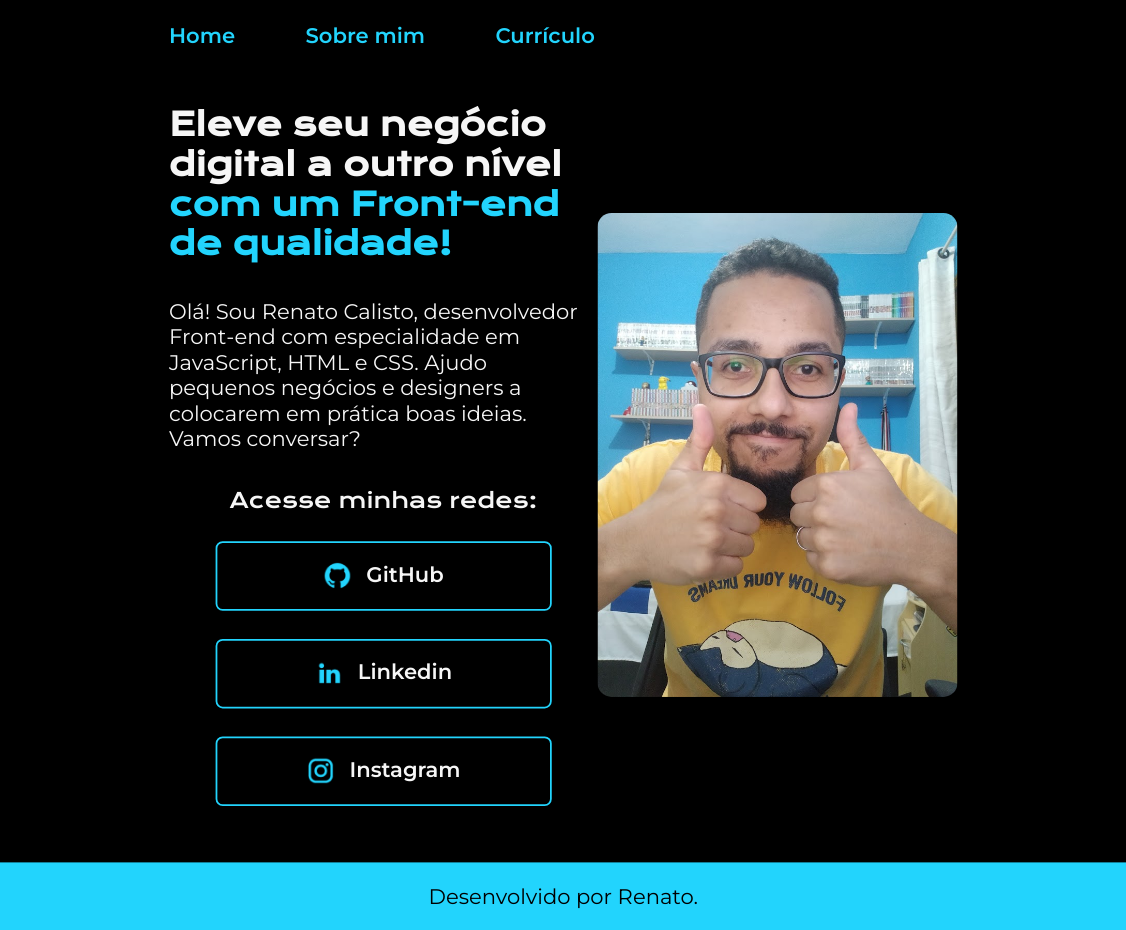
Repository: RenatoCCS/Portfolio_Alura
Page: index.html
The author's editor kept a copy of each file at every save. The page is drawn from the files as they stood at one save, then again after the next save.
The browser window is 1280 px wide. The pictures show the whole page, at 88% of full size.

Above is the page before, as saved 2023-03-13 20:03:03.

### index.html
<!DOCTYPE html>
<html lang="pt-br">
  <head>
    <meta charset="UTF-8" />
    <meta http-equiv="X-UA-Compatible" content="IE=edge" />
    <meta name="viewport" content="width=device-width, initial-scale=1.0" />
    <title>Portfolio</title>
    <link rel="stylesheet" href="./styles/style.css" />
  </head>
  <body>
    <header class="cabecalho">
      <nav class="cabecalho__menu">
        <a class="cabecalho__menu__link" href="index.html">Home</a>
        <a class="cabecalho__menu__link" href="about.html">Sobre mim</a>
        <a class="cabecalho__menu__link" href="curriculo.html">Currículo</a>
      </nav>
    </header>
    <main class="apresentacao">
      <section class="apresentacao__conteudo">
        <h1 class="apresentacao__conteudo__titulo">
          Eleve seu negócio digital a outro nível
          <strong class="titulo-destaque">
            com um Front-end de qualidade!
          </strong>
        </h1>
        <p class="apresentacao__conteudo__texto">
          Olá! Sou Renato Calisto, desenvolvedor Front-end com especialidade em
          JavaScript, HTML e CSS. Ajudo pequenos negócios e designers a
          colocarem em prática boas ideias. Vamos conversar?
        </p>
        <div class="apresentacao__links">
          <h2 class="apresentacao__links__subtitulo">Acesse minhas redes:</h2>

          <a
            class="apresentacao__links__link"
            href="https://github.com/RenatoCCS"
          >
            <img src="./assets/github.png" alt="Icone do github" />
            GitHub
          </a>

          <a
            class="apresentacao__links__link"
            href="https://www.linkedin.com/in/renatocalisto/"
          >
            <img src="./assets/linkedin.png" alt="Icone do linkedin" />
            Linkedin
          </a>

          <a
            class="apresentacao__links__link"
            href="https://www.instagram.com/reevoltz/"
          >
            <img src="./assets/instagram.png" alt="Icone do instagram" />
            Instagram
          </a>
        </div>
      </section>
      <img
        class="apresentacao__foto"
        src="./assets/renato.jpg"
        alt="Renato fazendo sinal de positivo com ambas as mãos"
      />
    </main>
    <footer class="rodape"><p>Desenvolvido por Renato.</p></footer>
  </body>
</html>

### styles/style.css
@import url('https://fonts.googleapis.com/css2?family=Krona+One&family=Montserrat:wght@400;600&display=swap');

:root {
  --cor-primaria: #000000;
  --cor-secundaria: #f6f6f6;
  --cor-terciaria: #22d4fd;
  --cor-hover: #272727;

  --fonte-primaria: 'Krona One', sans-serif;
  --fonte-secundaria: 'Montserrat', sans-serif;
}

* {
  margin: 0;
  padding: 0;
}

body {
  /* height: 100vh; */
  box-sizing: border-box;
  background-color: var(--cor-primaria);
  color: var(--cor-secundaria);
}

.cabecalho {
  padding: 2% 0% 0% 15%;
}

.cabecalho__menu {
  display: flex;
  gap: 80px;
}

.cabecalho__menu__link {
  font-family: var(--fonte-secundaria);
  font-size: 1.5rem;
  font-weight: 600;
  color: var(--cor-terciaria);
  text-decoration: none;
}

.apresentacao {
  padding: 5% 15%;
  display: flex;
  align-items: center;
  justify-content: space-between;
}

.apresentacao__conteudo {
  width: 615px;
  display: flex;
  flex-direction: column;
  gap: 40px;
}

.apresentacao__conteudo__titulo {
  font-size: 2.25rem;
  font-family: var(--fonte-primaria);
}

.titulo-destaque {
  color: var(--cor-terciaria);
}

.apresentacao__conteudo__texto {
  font-size: 1.5rem;
  font-family: var(--fonte-secundaria);
}

.apresentacao__conteudo__texto a {
  text-decoration: none;
  color: var(--cor-terciaria);
}

.apresentacao__links {
  display: flex;
  flex-direction: column;
  justify-content: space-between;
  align-items: center;
  gap: 32px;
}

.apresentacao__links__subtitulo {
  font-family: var(--fonte-primaria);
  font-weight: 400;
  font-size: 24px;
}

.apresentacao__links__link {
  /* background-color: #22d4fd; foi trocado o estilo*/
  display: flex;
  justify-content: center;
  gap: 16px;
  border: 2px solid var(--cor-terciaria);
  width: 378px;
  text-align: center;
  border-radius: 8px;
  font-size: 1.5rem;
  font-weight: 600;
  padding: 21.5px 0;
  text-decoration: none;
  color: var(--cor-secundaria);
  font-family: var(--fonte-secundaria);
}

.apresentacao__links__link:hover {
  background-color: var(--cor-hover);
}

/*Utilizei minha foto e fui adaptando de acordo com o tamanho da outra foto*/
.apresentacao__foto {
  height: 550px;
  width: 490px;
  left: 1032px;
  top: 253px;
  border-radius: 16px;
}

.rodape {
  padding: 24px;
  color: var(--cor-primaria);
  background-color: var(--cor-terciaria);
  text-align: center;
  font-family: var(--fonte-secundaria);
  font-size: 1.5rem;
  font-weight: 400;
}

After the next save:
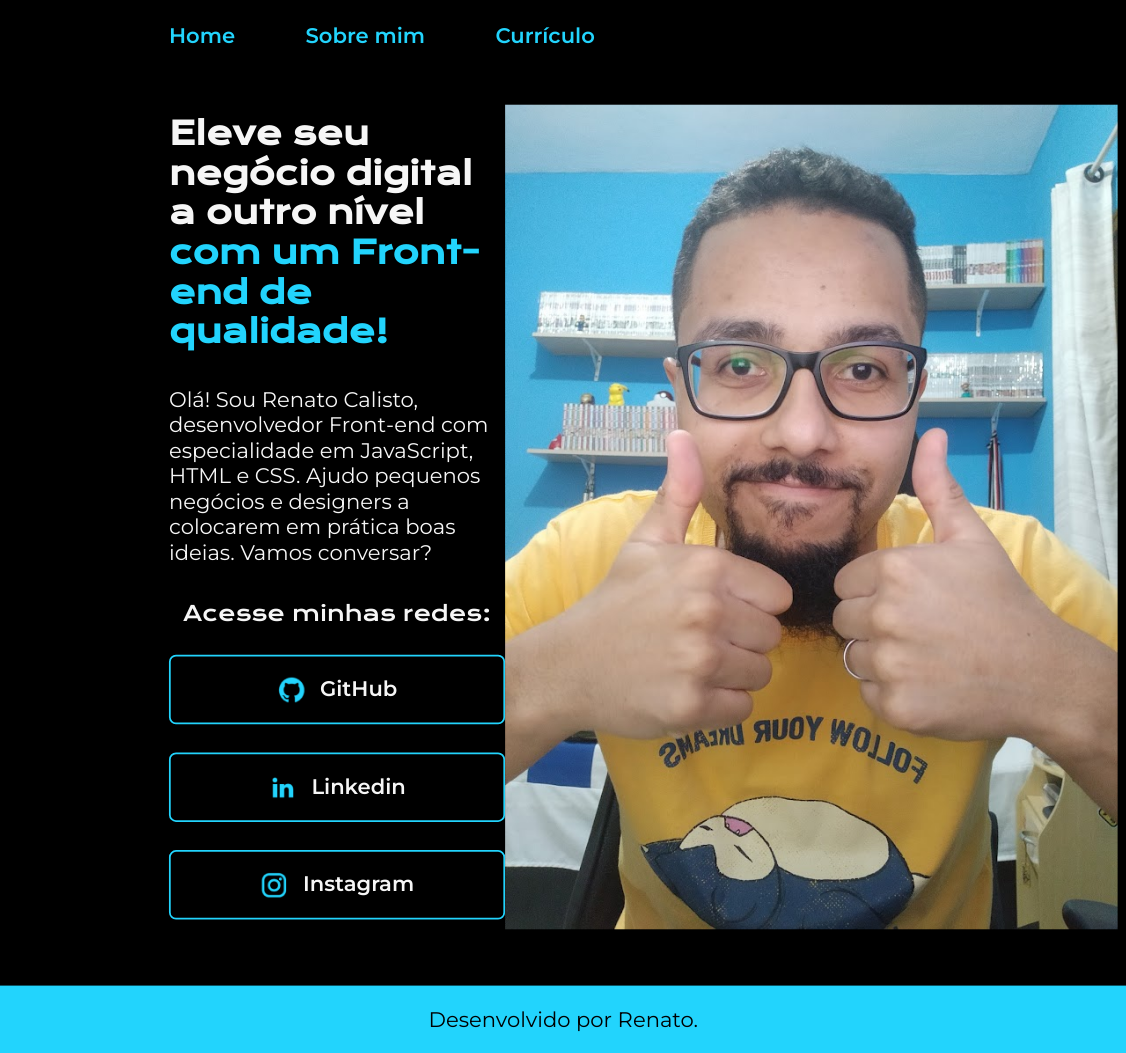
Saved 14 min 30 s later.
--- a/index.html
+++ b/index.html
@@ -57,7 +57,7 @@
         </div>
       </section>
       <img
-        class="apresentacao__foto"
+        class="apresentacao__imagem"
         src="./assets/renato.jpg"
         alt="Renato fazendo sinal de positivo com ambas as mãos"
       />

After the save that followed:
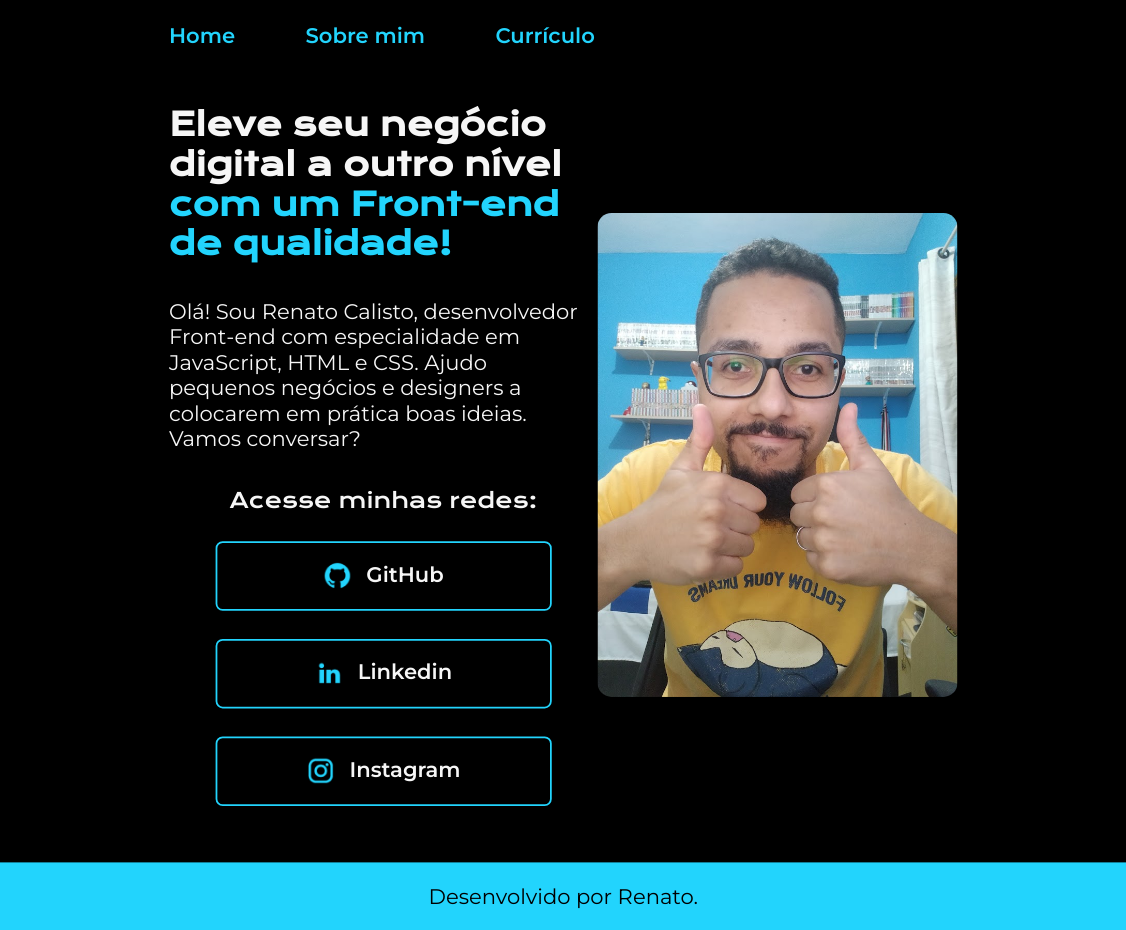
Saved 6 s later.
--- a/styles/style.css
+++ b/styles/style.css
@@ -108,7 +108,7 @@ body {
 }
 
 /*Utilizei minha foto e fui adaptando de acordo com o tamanho da outra foto*/
-.apresentacao__foto {
+.apresentacao__imagem {
   height: 550px;
   width: 490px;
   left: 1032px;
